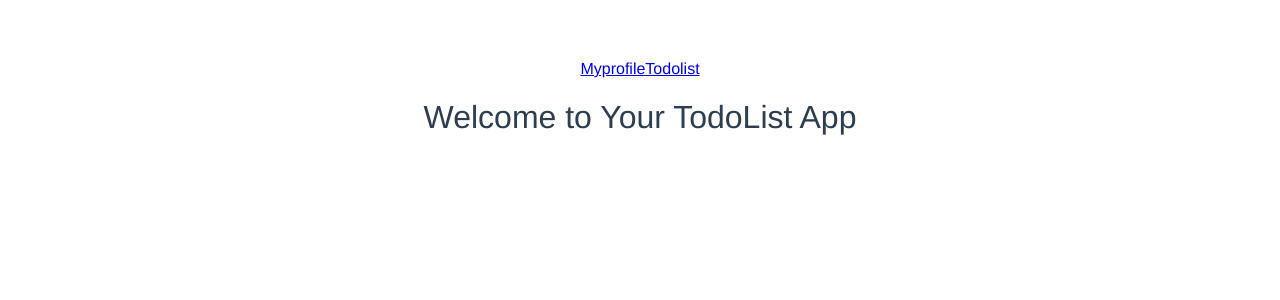
Repository: Shanshan67/todolist
Page: /
An editor plug-in stored every save of this project. The page is shown before and after the next save, followed by the edit.
The browser window is 1280 px wide. The pictures show the whole page.
The project was rebuilt for these pictures with package versions that can differ from the ones it lists, and the page was loaded fresh each time.

Above is the page before, as saved 2022-07-19 21:19:24.

### index.html
<!DOCTYPE html>
<html>
  <head>
    <meta charset="utf-8">
    <meta name="viewport" content="width=device-width,initial-scale=1.0">
    <link href="https://fonts.googleapis.com/css?family=Roboto:100,300,400,500,700,900" rel="stylesheet">
    <link href="https://cdn.jsdelivr.net/npm/@mdi/font@6.x/css/materialdesignicons.min.css" rel="stylesheet">
    <title>baoge</title>
  </head>
  <body>
    <div id="app"></div>
    <!-- built files will be auto injected -->
  </body>
</html>

### src/main.js
// The Vue build version to load with the `import` command
// (runtime-only or standalone) has been set in webpack.base.conf with an alias.
import Vue from 'vue'
import App from './App'
import router from './router'
import store from './store'

Vue.config.productionTip = false

/* eslint-disable no-new */
new Vue({
  el: '#app',
  router,
  store,
  //vuetify,
  components: { App },
  template: '<App/>'
})

### src/App.vue
<template>
  <div id="app">

    <div>
      <router-link to="/profile">Myprofile</router-link>
      <router-link to="/todolist">Todolist</router-link>
    </div>
    <div>
      <router-view/>
    </div>
  </div>
</template>

<script>
import Dashboard from './pages/Dashboard.vue';
export default {
    name: "App",
    components: { Dashboard }
}
</script>

<style>
#app {
  font-family: 'Avenir', Helvetica, Arial, sans-serif;
  -webkit-font-smoothing: antialiased;
  -moz-osx-font-smoothing: grayscale;
  text-align: center;
  color: #2c3e50;
  margin-top: 60px;
}
</style>

### src/router/index.js
import Vue from 'vue'
import Router from 'vue-router'
import Dashboard from '@/pages/Dashboard'
import Myprofile from '../pages/Myprofile'
import Todolist from '../pages/Todolist'

Vue.use(Router)

export default new Router({
  routes: [
    {
      path: '/',
      name: 'Dashboard',
      component: Dashboard
    },
    {
			path:'/profile',
			component:Myprofile
		},
		{
			path:'/todolist',
			component:Todolist
		}
  ]
})

### src/store/index.js
import Vue from 'vue'
import Vuex from 'vuex'
import Axios from "axios"

Vue.use(Vuex)

const todoUrl = "http://localhost:3000/todos";

const actions = {
	searchName(context,value){
		Axios.get(`${todoUrl}/${value}`).then(response => {
            context.commit('searchName', response.data);
			console.log(response.data)
        });
	}
}


const mutations = {
	searchName(state,data){
		state.users = data
	}
}

const state = {
	users:[]
}

export default new Vuex.Store({
	state,
	actions,
	mutations
})

### src/pages/Dashboard.vue
<template>
  <div class="hello">
    <h1>{{ msg }}</h1>
  </div>
</template>

<script>
export default {
  name: 'Dashboard',
  data () {
    return {
      msg: 'Welcome to Your TodoList App'
    }
  }
}
</script>

<!-- Add "scoped" attribute to limit CSS to this component only -->
<style scoped>
h1, h2 {
  font-weight: normal;
}
ul {
  list-style-type: none;
  padding: 0;
}
li {
  display: inline-block;
  margin: 0 10px;
}
a {
  color: #42b983;
}
</style>

### src/pages/Myprofile.vue
<template>
	<div class="container">
		<List/>
		<Search/>
	</div>
</template>

<script>
	import Search from '../components/Search'
	import List from '../components/List'
	export default {
		name:'Myprofile',
		components:{Search,List}
	}
</script>

### src/pages/Todolist.vue
<template>
	<div class="container">
		<div class="row">
			<div class="col-12">
				<table class="table table-bordered mt-5">
					<thead>
						<tr>
							<th>TO DO</th>
							<th>Actions</th>
						</tr>
					</thead>
					<tbody>
						<tr v-for="(item, i) in todoList" :key="i">
							<td class="align-middle w-75">
								{{item.name}}
							</td>
							<td class="align-middle text-center w-75">
								<button
									class="btn btn-info btn-sm mx-1"
									@click="handleEdit(item.id)"
								>
									Edit
								</button>
								<button
									class="btn btn-danger btn-sm mx-1"
									@click="handleDelete(item.id)"
								>
									Delete
								</button>
							</td>
						</tr>
					</tbody>
					<tfoot>
						<td class="align-middle text-center w-75">
							<div class="form-group">
								<label for="">{{
									editMode ? "Edit" : "Add"
								}}</label>
								<input
									type="text"
									class="form-control"
									v-model="todoItem.name"
								/>
							</div>
						</td>
						<td class="align-middle text-center w-25">
							<button
								class="btn btn-primary btn-sm mx-1"
								@click="handleToDoItem"
							>
								{{ editMode ? "Edit" : "Add" }}
							</button>
							<button
								v-if="editMode"
								class="btn btn-danger btn-sm mx-1"
								@click="handleCancel"
							>
								Cancel
							</button>
						</td>
					</tfoot>
				</table>
			</div>
		</div>
	</div>
</template>

<script>
	import Axios from "axios";
	const todoUrl = "http://localhost:3000/todos";
	export default {
		name:'Todolist',
		data() {
			return {
				todoList:[],
				todoItem:{},
				editMode:false
			}
		},
		methods: {
			handleEdit(id){
				this.editMode=true;
				this.todoItem=this.todoList.find((item) => item.id == id);
			},
			handleCancel() {
				this.editMode=false;
				this.todoItem="";
			},
			async handleToDoItem(){
				const id=this.todoItem.id;
				if(this.editMode){
					await Axios.put(`${todoUrl}/${id}`, this.todoItem);
					this.editMode=false;
					this.todoItem.name="";
				}else{
					await Axios.post(todoUrl, this.todoItem);
					this.todoItem.name = "";
				}
				Axios.get(todoUrl).then((response) => (this.todoList = response.data));
			},
			async handleDelete(id) {
				await Axios.delete(`${todoUrl}/${id}`);
				Axios.get(todoUrl).then((response) => (this.todoList = response.data));
			}
		},
		created() {
			Axios.get(todoUrl).then((response) => (this.todoList = response.data));
		}
	}
</script>

### src/components/Search.vue
<template>
	<div class="container">
		<div class="row">
			<div class="col-12">
				<table class="table table-bordered mt-5">
					<tfoot>
						<td class="align-middle text-center w-75">
							<div class="form-group">
								<input
									type="text"
									class="form-control"
									placeholder="Enter the ID you search"
									v-model="id"
								/>
							</div>
						</td>
						<td class="align-middle text-center w-75">
							<button
								class="btn btn-primary btn-sm mx-1"
								@click="handleSearch"
							>
								Search
							</button>
						</td>
					</tfoot>
				</table>
			</div>
		</div>
	</div>
</template>
<script>
	export default {
		name:'Search',
		data() {
			return {
				id:""
			}
		},
		methods: {
			handleSearch(){
				this.$store.dispatch('searchName',this.id)
			}
		}
	}
</script>

### src/components/List.vue
<template>
	<div class="container">
		<div class="row">
			<div class="col-12">
				<h1>Details</h1>
				<h2 v-for="(user, index) in users" :key="index">
					{{user.description}}
					{{user.currency}}
					{{user.type}}
				</h2>
			</div>
		</div>
	</div>
</template>

<script>
	import { mapState } from 'vuex'
	export default {
		name:'List',
		computed:{
			...mapState([
				'users'
			])
		}
	}
</script>

After the next save:
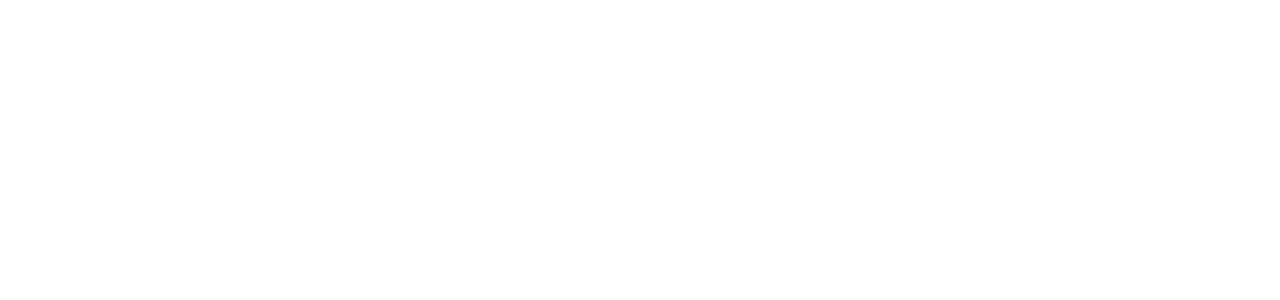
Console error: ReferenceError: vuetify is not defined
Saved 43 s later.
--- a/src/main.js
+++ b/src/main.js
@@ -12,7 +12,7 @@
   el: '#app',
   router,
   store,
-  //vuetify,
+  vuetify,
   components: { App },
   template: '<App/>'
 })

After the 3 saves that followed:
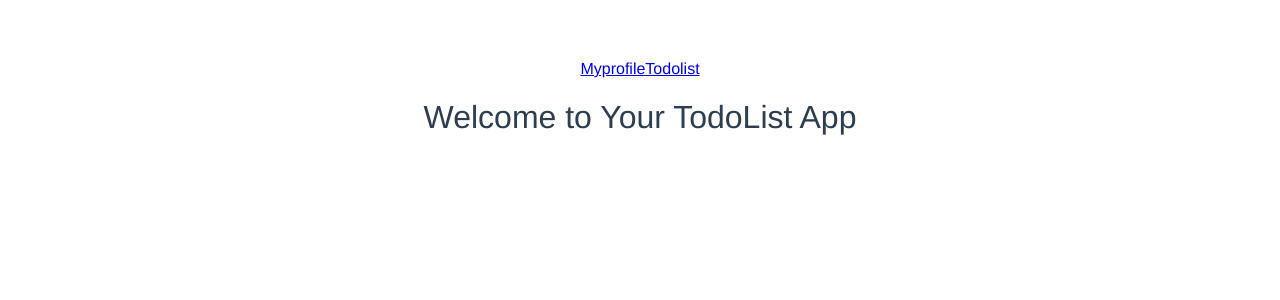
The error is gone.
The 3 saves are shown as one change because 2 left the picture as it was.
The last was saved 8 min 8 s later.
--- a/src/main.js
+++ b/src/main.js
@@ -12,7 +12,7 @@
   el: '#app',
   router,
   store,
-  vuetify,
+  //vuetify,
   components: { App },
   template: '<App/>'
 })
